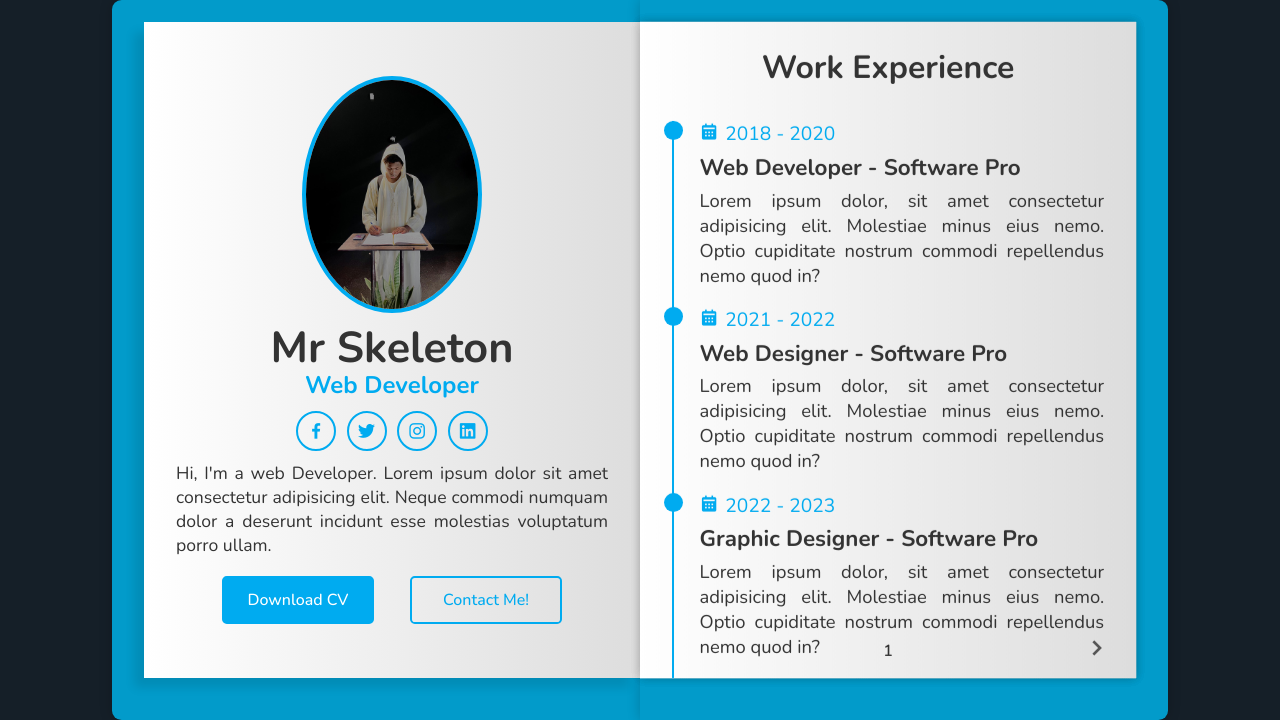
Repository: Dionecena/Portfolio
Page: Book portfolio website/index.html
The author's editor kept a copy of each file at every save. The page is drawn from the files as they stood at one save, then again after the next save.
The browser window is 1280 px wide. The pictures show the whole page.
Some web fonts or font styles are not loaded; a fallback is used.

Above is the page before, as saved 2025-10-16 04:27:33.

After the next save:
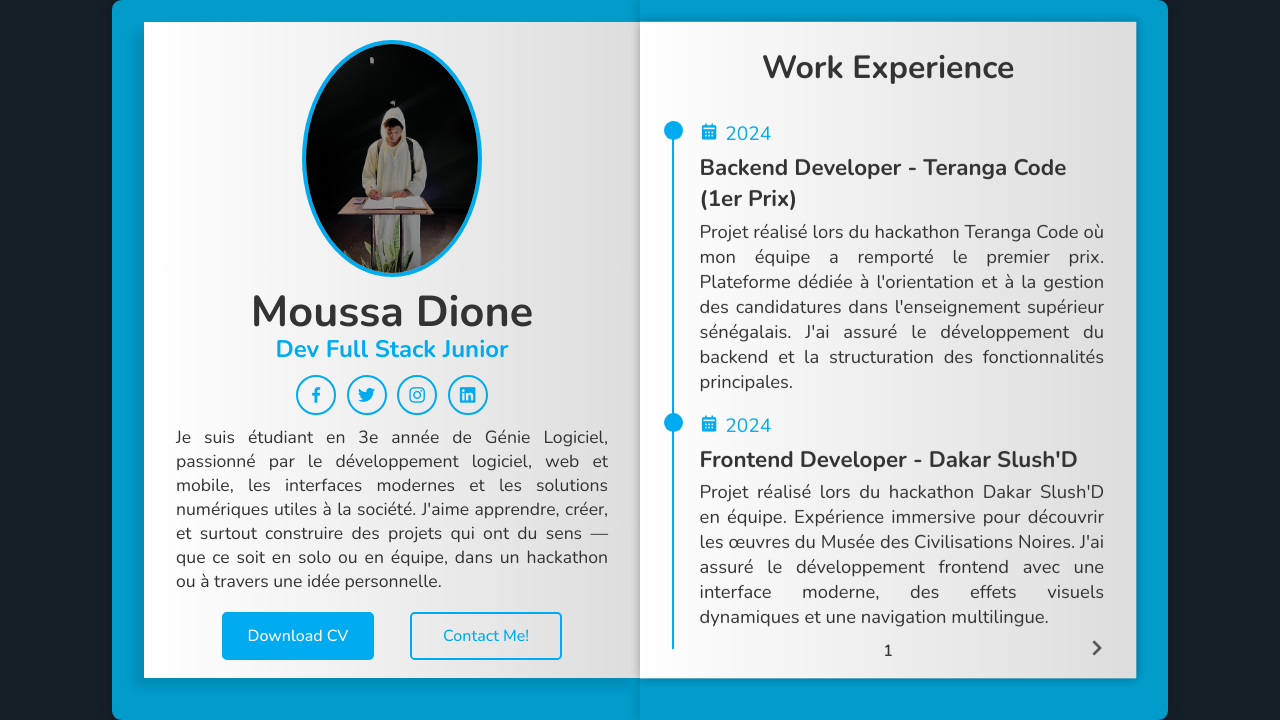
Saved 34 min 13 s later.
--- a/Book portfolio website/index.html
+++ b/Book portfolio website/index.html
@@ -22,20 +22,18 @@
         <div class="book-page page-left">
           <div class="profile-page">
             <img src="./img.jpg" alt="" />
-            <h1>Mr Skeleton</h1>
-            <h3>Web Developer</h3>
+            <h1>Moussa Dione</h1>
+            <h3>Dev Full Stack Junior</h3>
 
             <div class="social-media">
               <a href="#"><i class="bx bxl-facebook"></i></a>
-              <a href="#"><i class="bx bxl-twitter"></i></a>
-              <a href="#"><i class="bx bxl-instagram"></i></a>
-              <a href="#"><i class="bx bxl-linkedin-square"></i></a>
+              <a href="https://x.com/dionecena1?s=21"><i class="bx bxl-twitter"></i></a>
+              <a href="https://www.instagram.com/dionecenasn?igsh=MXhyYXRmaTlsMWZhcA%3D%3D&utm_source=qr"><i class="bx bxl-instagram"></i></a>
+              <a href="https://www.linkedin.com/in/moussa-dione-7b2342388"><i class="bx bxl-linkedin-square"></i></a>
             </div>
 
             <p>
-              Hi, I'm a web Developer. Lorem ipsum dolor sit amet
-              consectetur adipisicing elit. Neque commodi numquam dolor a
-              deserunt incidunt esse molestias voluptatum porro ullam.
+              Je suis étudiant en 3e année de Génie Logiciel, passionné par le développement logiciel, web et mobile, les interfaces modernes et les solutions numériques utiles à la société. J'aime apprendre, créer, et surtout construire des projets qui ont du sens — que ce soit en solo ou en équipe, dans un hackathon ou à travers une idée personnelle.
             </p>
 
             <div class="btn-box">
@@ -54,39 +52,24 @@
             <div class="workeduc-box">
               <div class="workeduc-content">
                 <span class="year"
-                  ><i class="bx bxs-calendar"></i>2018 - 2020</span
-                >
-                <h3>Web Developer - Software Pro</h3>
-                <p>
-                  Lorem ipsum dolor, sit amet consectetur adipisicing elit.
-                  Molestiae minus eius nemo. Optio cupiditate nostrum commodi
-                  repellendus nemo quod in?
-                </p>
-              </div>
-
-              <div class="workeduc-content">
-                <span class="year"
-                  ><i class="bx bxs-calendar"></i>2021 - 2022</span
-                >
-                <h3>Web Designer - Software Pro</h3>
-                <p>
-                  Lorem ipsum dolor, sit amet consectetur adipisicing elit.
-                  Molestiae minus eius nemo. Optio cupiditate nostrum commodi
-                  repellendus nemo quod in?
-                </p>
-              </div>
-
-              <div class="workeduc-content">
-                <span class="year"
-                  ><i class="bx bxs-calendar"></i>2022 - 2023</span
-                >
-                <h3>Graphic Designer - Software Pro</h3>
-                <p>
-                  Lorem ipsum dolor, sit amet consectetur adipisicing elit.
-                  Molestiae minus eius nemo. Optio cupiditate nostrum commodi
-                  repellendus nemo quod in?
-                </p>
-              </div>
+                  ><i class="bx bxs-calendar"></i>2024</span
+                >
+                <h3>Backend Developer - Teranga Code (1er Prix)</h3>
+                <p>
+                  Projet réalisé lors du hackathon Teranga Code où mon équipe a remporté le premier prix. Plateforme dédiée à l'orientation et à la gestion des candidatures dans l'enseignement supérieur sénégalais. J'ai assuré le développement du backend et la structuration des fonctionnalités principales.
+                </p>
+              </div>
+
+              <div class="workeduc-content">
+                <span class="year"
+                  ><i class="bx bxs-calendar"></i>2024</span
+                >
+                <h3>Frontend Developer - Dakar Slush'D</h3>
+                <p>
+                  Projet réalisé lors du hackathon Dakar Slush'D en équipe. Expérience immersive pour découvrir les œuvres du Musée des Civilisations Noires. J'ai assuré le développement frontend avec une interface moderne, des effets visuels dynamiques et une navigation multilingue.
+                </p>
+              </div>
+
             </div>
             <span class="number-page">1</span>
 
@@ -103,37 +86,31 @@
             <div class="workeduc-box">
               <div class="workeduc-content">
                 <span class="year"
-                  ><i class="bx bxs-calendar"></i>2016 - 2018</span
-                >
-                <h3>College</h3>
-                <p>
-                  Lorem ipsum dolor, sit amet consectetur adipisicing elit.
-                  Molestiae minus eius nemo. Optio cupiditate nostrum commodi
-                  repellendus nemo quod in?
-                </p>
-              </div>
-
-              <div class="workeduc-content">
-                <span class="year"
-                  ><i class="bx bxs-calendar"></i>2018 - 2020</span
-                >
-                <h3>Intermediate</h3>
-                <p>
-                  Lorem ipsum dolor, sit amet consectetur adipisicing elit.
-                  Molestiae minus eius nemo. Optio cupiditate nostrum commodi
-                  repellendus nemo quod in?
-                </p>
-              </div>
-
-              <div class="workeduc-content">
-                <span class="year"
-                  ><i class="bx bxs-calendar"></i>2020 - 2024</span
-                >
-                <h3>BS Computer Science</h3>
-                <p>
-                  Lorem ipsum dolor, sit amet consectetur adipisicing elit.
-                  Molestiae minus eius nemo. Optio cupiditate nostrum commodi
-                  repellendus nemo quod in?
+                  ><i class="bx bxs-calendar"></i>2023 - 2026</span
+                >
+                <h3>Licence en Génie Logiciel - ISI</h3>
+                <p>
+                  Formation axée sur le développement logiciel, l'architecture des systèmes, la sécurité web et les projets collaboratifs.
+                </p>
+              </div>
+
+              <div class="workeduc-content">
+                <span class="year"
+                  ><i class="bx bxs-calendar"></i>2023 - 2024</span
+                >
+                <h3>Baccalauréat Scientifique - Cabis School</h3>
+                <p>
+                  Spécialisation en sciences exactes avec une forte orientation vers la logique, les mathématiques et l'informatique.
+                </p>
+              </div>
+
+              <div class="workeduc-content">
+                <span class="year"
+                  ><i class="bx bxs-calendar"></i>En cours</span
+                >
+                <h3>Certifications en ligne</h3>
+                <p>
+                  Formations complémentaires sur OpenClassrooms, Udemy et Coursera en développement web, Git/GitHub et sécurité des applications.
                 </p>
               </div>
             </div>
